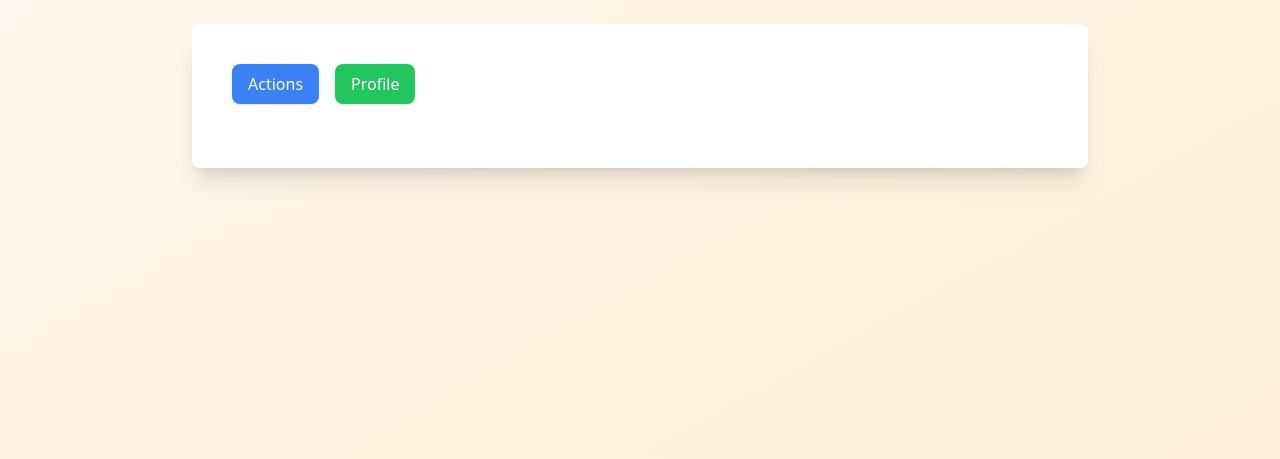
Repository: virtualvasu/TrueCert
Page: / (app in client/), after clicking the first element matching `button.px-10`
These files come from the project's save history. The page is drawn as it stood at one moment and after the next save; the edit follows.
The browser window is 1280 px wide. The pictures show the whole page.
The project was rebuilt for these pictures with package versions that can differ from the ones it lists, and the page was loaded fresh each time. Also part of the build but not shown: client/vite.config.js, client/src/components/organisation/actions/contractDetails.jsx, client/src/components/organisation/actions/CheckCertificate.jsx, client/src/components/organisation/actions/IssueCertificate.jsx, client/src/components/organisation/actions/RevokeCertificate.jsx, client/src/components/organisation/OrgActions.jsx, client/src/components/organisation/OrgProfile.jsx.

Above is the page before, as saved 2025-01-08 03:38:32.

### client/index.html
<!doctype html>
<html lang="en">
  <head>
    <meta charset="UTF-8" />
    <link rel="icon" type="image/svg+xml" href="/vite.svg" />
    <meta name="viewport" content="width=device-width, initial-scale=1.0" />
    <title>TrueCert</title>
  </head>
  <body>
    <div id="root"></div>
    <script type="module" src="/src/main.jsx"></script>

  </body>
</html>

### client/src/App.jsx
import React, { useState } from 'react';
import OrgHome from './components/organisation/OrgHome';

function App() {
  const [showOrgHome, setShowOrgHome] = useState(false);
  const [showUserContent, setShowUserContent] = useState(false);

  return (
    <div className="bg-gradient-to-br from-orange-50 to-orange-100 min-h-screen flex flex-col">
      {!showOrgHome && !showUserContent ? (
        <>
          <header className="bg-orange-600 text-white py-8 shadow-md">
            <div className="max-w-6xl mx-auto text-center">
              <h1 className="text-4xl font-extrabold tracking-tight">
                Welcome to TrueCert
              </h1>
              <p className="text-lg mt-2 text-orange-200">
                Simplify certificate management with ease.
              </p>
            </div>
          </header>
          <main className="flex-grow flex items-center justify-center">
            <div className="bg-white p-10 rounded-lg shadow-xl text-center">
              <div className="flex justify-center space-x-8">
                <button
                  onClick={() => setShowOrgHome(true)}
                  className="px-10 py-4 font-medium text-white bg-orange-600 rounded-lg shadow-md hover:bg-orange-700 transition-all duration-300"
                >
                  Organisation
                </button>
                <button
                  onClick={() => setShowUserContent(true)}
                  className="px-10 py-4 font-medium text-white bg-orange-500 rounded-lg shadow-md hover:bg-orange-600 transition-all duration-300"
                >
                  User
                </button>
              </div>
            </div>
          </main>
          <footer className="bg-orange-600 text-white py-4">
            <div className="max-w-6xl mx-auto text-center">
              <p className="text-sm">
                &copy; 2025 TrueCert. All rights reserved.
              </p>
            </div>
          </footer>
        </>
      ) : showOrgHome ? (
        <div className="flex-grow p-6">
          <div className="max-w-4xl mx-auto bg-white p-10 rounded-lg shadow-xl">
            <OrgHome />
          </div>
        </div>
      ) : (
        <div className="flex-grow p-6">
          <div className="max-w-4xl mx-auto bg-white p-10 rounded-lg shadow-xl text-center">
            <h2 className="text-2xl font-semibold text-gray-800 mb-4">
              User Content
            </h2>
            <p className="text-gray-600">
              This is some sample content for the user. You can implement further functionality here.
            </p>
          </div>
        </div>
      )}
    </div>
  );
}

export default App;

### client/src/components/organisation/OrgHome.jsx
import React, { useState } from 'react';
import OrgActions from './OrgActions';
import OrgProfile from './OrgProfile';

function OrgHome() {
    const [activeComponent, setActiveComponent] = useState(null);

    return (
        <>
            <div className="space-x-4 mb-6">
                <button
                    onClick={() => setActiveComponent('Actions')}
                    className="px-4 py-2 bg-blue-500 text-white rounded-lg shadow hover:bg-blue-600 transition"
                >
                    Actions
                </button>
                <button
                    onClick={() => setActiveComponent('Profile')}
                    className="px-4 py-2 bg-green-500 text-white rounded-lg shadow hover:bg-green-600 transition"
                >
                    Profile
                </button>
            </div>
            <div>
                {activeComponent === 'Actions' && (
                    <div>
                        <h2 className="text-2xl font-semibold">Actions</h2>
                        <OrgActions />
                    </div>
                )}
                {activeComponent === 'Profile' && (
                    <div>
                        <h2 className="text-2xl font-semibold">Profile</h2>
                        <OrgProfile />
                    </div>
                )}
            </div>
        </>
    );
}

export default OrgHome;

Loaded but not shown: client/src/main.jsx (common file); client/src/index.css (common file); client/tailwind.config.js (common file)

After the next save:
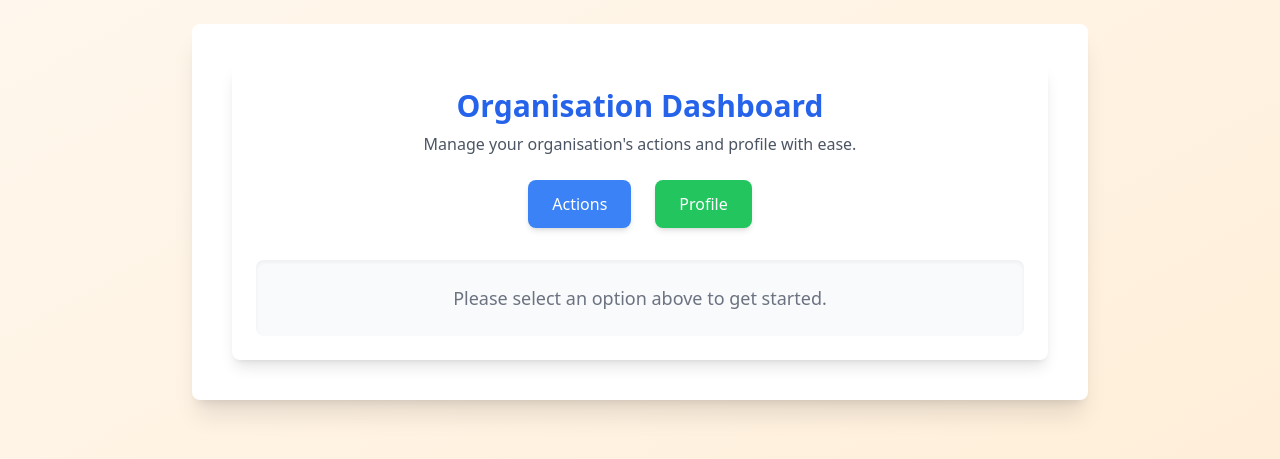
Saved 2 min 19 s later.
--- a/client/src/components/organisation/OrgHome.jsx
+++ b/client/src/components/organisation/OrgHome.jsx
@@ -6,36 +6,59 @@ function OrgHome() {
     const [activeComponent, setActiveComponent] = useState(null);
 
     return (
-        <>
-            <div className="space-x-4 mb-6">
+        <div className="bg-white p-6 rounded-lg shadow-lg">
+            <header className="mb-6 text-center">
+                <h1 className="text-3xl font-extrabold text-blue-600">
+                    Organisation Dashboard
+                </h1>
+                <p className="text-gray-600 mt-2">
+                    Manage your organisation's actions and profile with ease.
+                </p>
+            </header>
+            <div className="flex justify-center space-x-6 mb-8">
                 <button
                     onClick={() => setActiveComponent('Actions')}
-                    className="px-4 py-2 bg-blue-500 text-white rounded-lg shadow hover:bg-blue-600 transition"
+                    className={`px-6 py-3 font-medium text-white rounded-lg shadow-md transition-all duration-300 ${
+                        activeComponent === 'Actions'
+                            ? 'bg-blue-600'
+                            : 'bg-blue-500 hover:bg-blue-600'
+                    }`}
                 >
                     Actions
                 </button>
                 <button
                     onClick={() => setActiveComponent('Profile')}
-                    className="px-4 py-2 bg-green-500 text-white rounded-lg shadow hover:bg-green-600 transition"
+                    className={`px-6 py-3 font-medium text-white rounded-lg shadow-md transition-all duration-300 ${
+                        activeComponent === 'Profile'
+                            ? 'bg-green-600'
+                            : 'bg-green-500 hover:bg-green-600'
+                    }`}
                 >
                     Profile
                 </button>
             </div>
-            <div>
-                {activeComponent === 'Actions' && (
+            <div className="bg-gray-50 p-6 rounded-lg shadow-inner">
+                {activeComponent === 'Actions' ? (
                     <div>
-                        <h2 className="text-2xl font-semibold">Actions</h2>
+                        <h2 className="text-2xl font-semibold text-blue-600 mb-4">
+                            Organisation Actions
+                        </h2>
                         <OrgActions />
                     </div>
-                )}
-                {activeComponent === 'Profile' && (
+                ) : activeComponent === 'Profile' ? (
                     <div>
-                        <h2 className="text-2xl font-semibold">Profile</h2>
+                        <h2 className="text-2xl font-semibold text-green-600 mb-4">
+                            Organisation Profile
+                        </h2>
                         <OrgProfile />
+                    </div>
+                ) : (
+                    <div className="text-center text-gray-500">
+                        <p className="text-lg">Please select an option above to get started.</p>
                     </div>
                 )}
             </div>
-        </>
+        </div>
     );
 }
 
